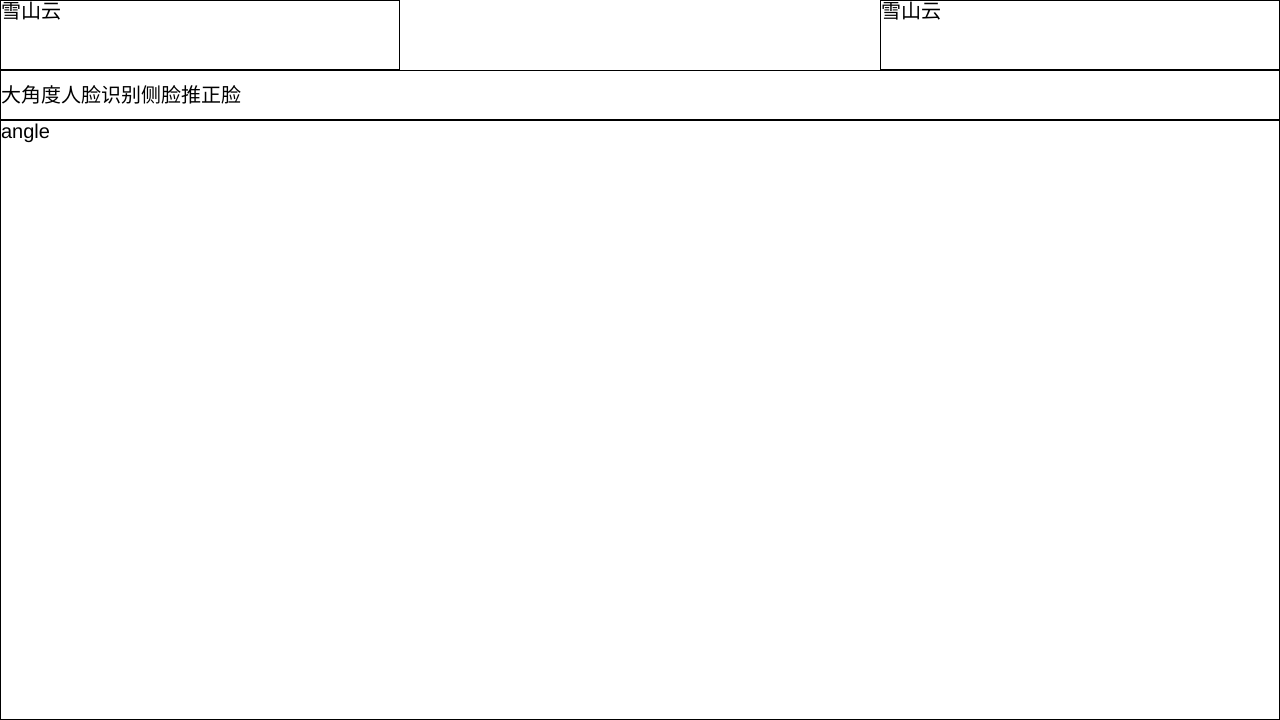
Repository: fyt2020/pubilcDemlo
Page: /
The author's editor kept a copy of each file at every save. The page is drawn from the files as they stood at one save, then again after the next save.
The browser window is 1280 px wide. The pictures show the whole page.
The project was rebuilt for these pictures with package versions that can differ from the ones it lists, and the page was loaded fresh each time.

Above is the page before, as saved 2020-04-27 11:56:06.

After the next save:
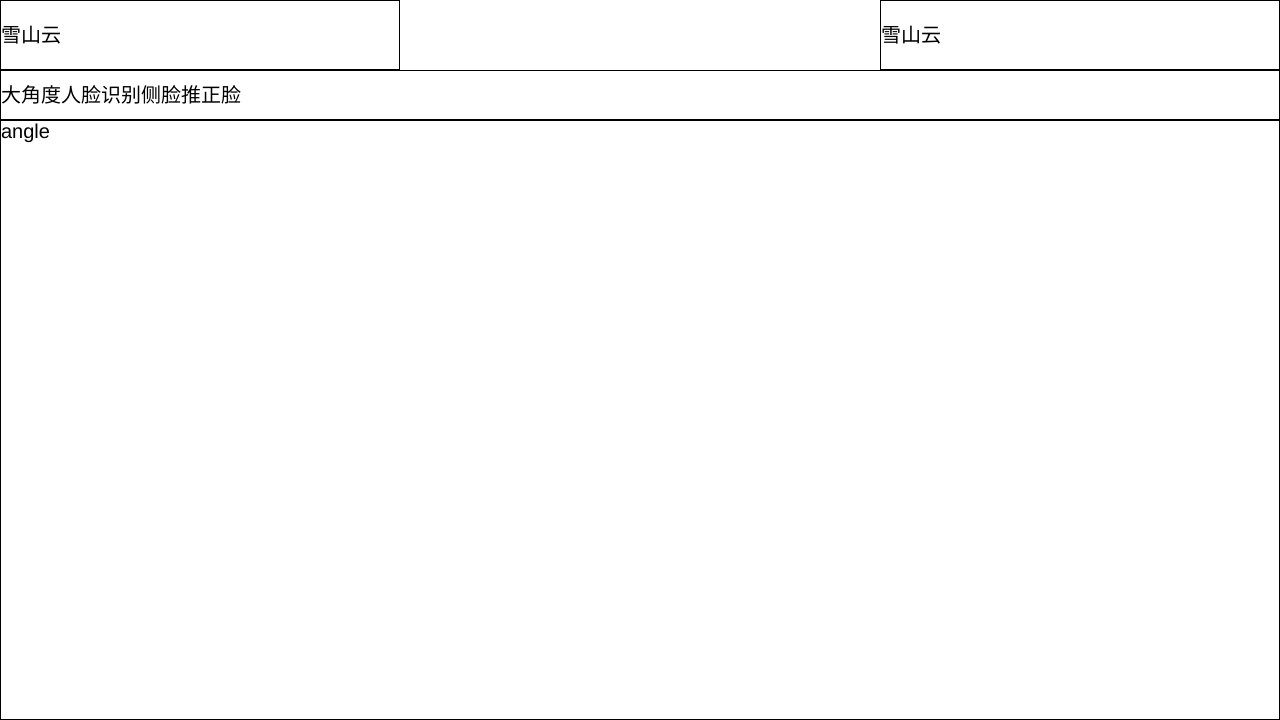
Saved 23 s later.
--- a/src/assets/css/home.scss
+++ b/src/assets/css/home.scss
@@ -14,13 +14,16 @@
         .header__left{
             height: 100%;
             border: 1px solid black;
-
             width: 400px;
+            display: flex;
+            align-items: center;
         }
         .header__right{
             height: 100%;
             width: 400px;
             border: 1px solid black;
+            display: flex;
+            align-items: center;
         }
     }
     .navigation{
